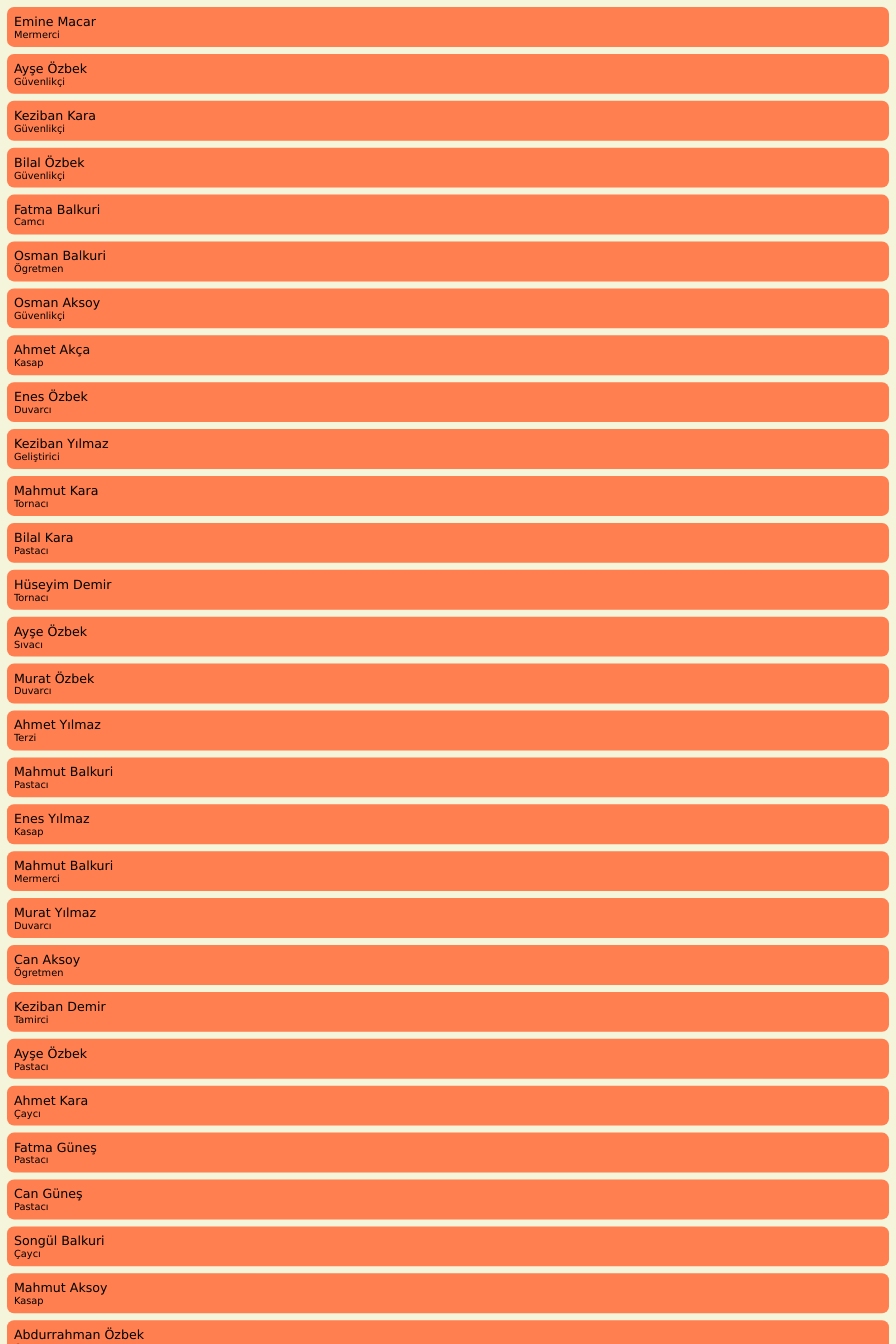
Repository: Sonvatan/S-f-rdan-geli-tirici-olmak-hafta-6
Page: İndex.html
An editor plug-in stored every save of this project. The page is shown before and after the next save, followed by the edit.
The browser window is 1280 px wide. The pictures show the part of the page from y = 0 to 1920 px (the page is 5226 px tall before and 4758 px after), at 70% of full size.

Above is the page before, as saved 2024-02-01 23:56:07.

After the next save:
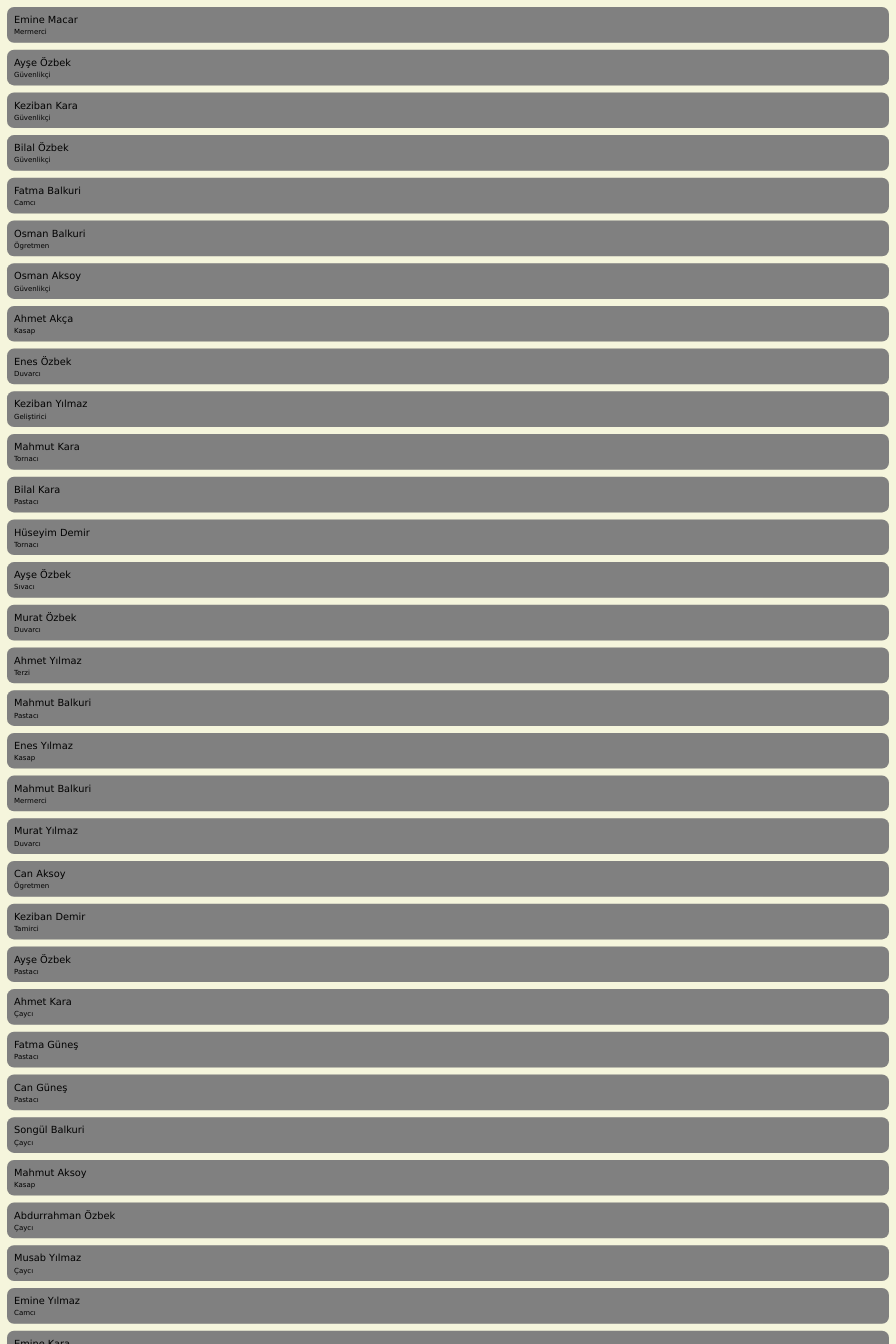
Saved 2 min 23 s later.
--- a/İndex.html
+++ b/İndex.html
@@ -13,21 +13,23 @@
                 width: 100%;
             }
             .person {
-                background-color: coral;
+               background-color: grey;
                 flex-direction: column;
                 border-radius: 10px;
+                user-select: none;
                 display: flex;
                 padding: 10px;
                 margin: 10px;
             }
             .person > .title {
                 font-family: Verdana, Geneva, Tahoma, sans-serif;
-                font-size: 18px;
+                margin-bottom: 4px;
+                font-size: 14px;
             }
 
             .person > .job {
                 font-family: Verdana, Geneva, Tahoma, sans-serif;
-                font-size: 14px;
+                font-size: 10px;
 
             }
         </style>
